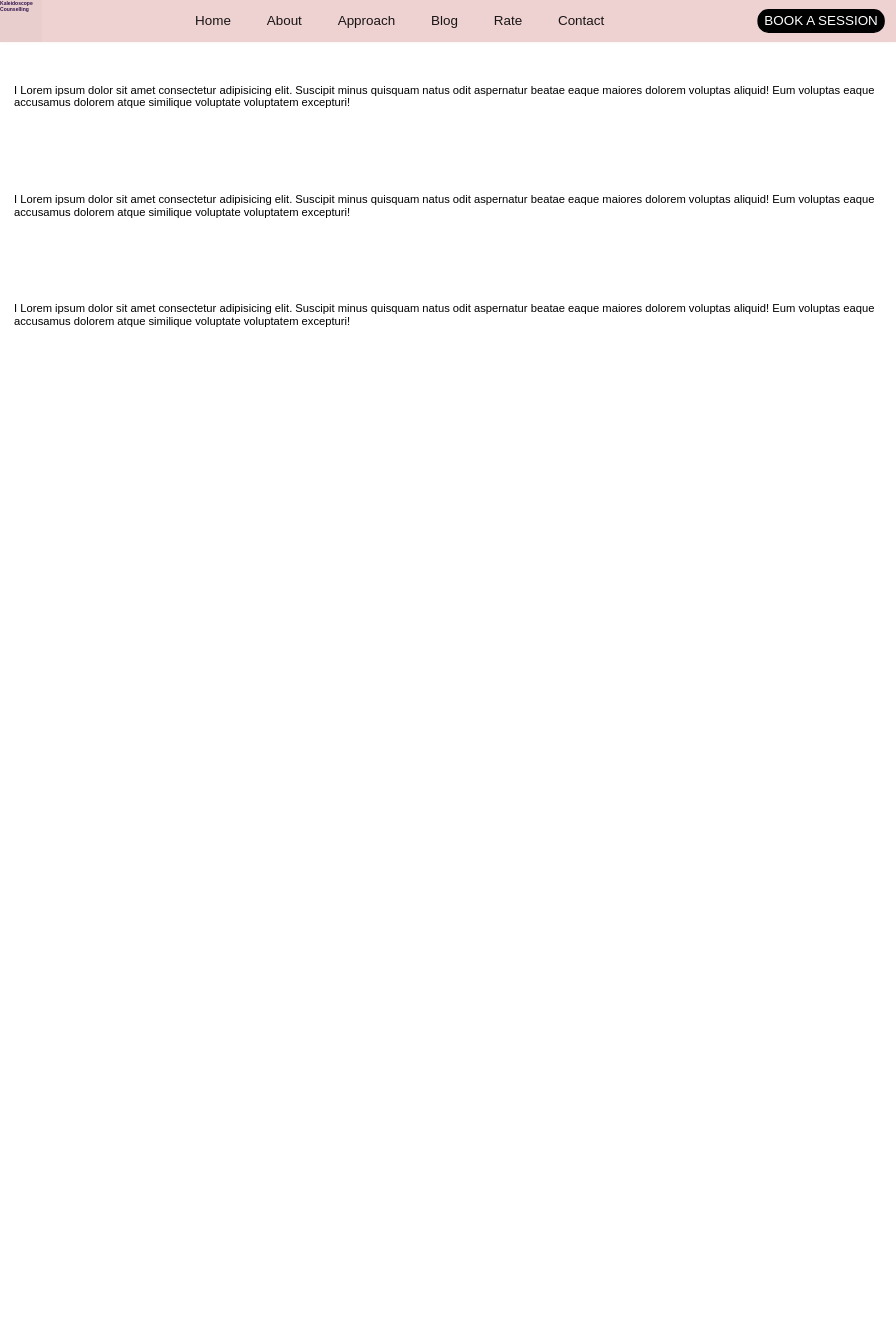
Repository: voutadi/ava-website
Page: index.html
An editor plug-in stored every save of this project. The page is shown before and after the next save, followed by the edit.
The browser window is 1280 px wide. The pictures show the part of the page from y = 0 to 1920 px (the page is 3120 px tall), at 70% of full size.

Above is the page before, as saved 2024-07-05 23:35:10.

After the next save:
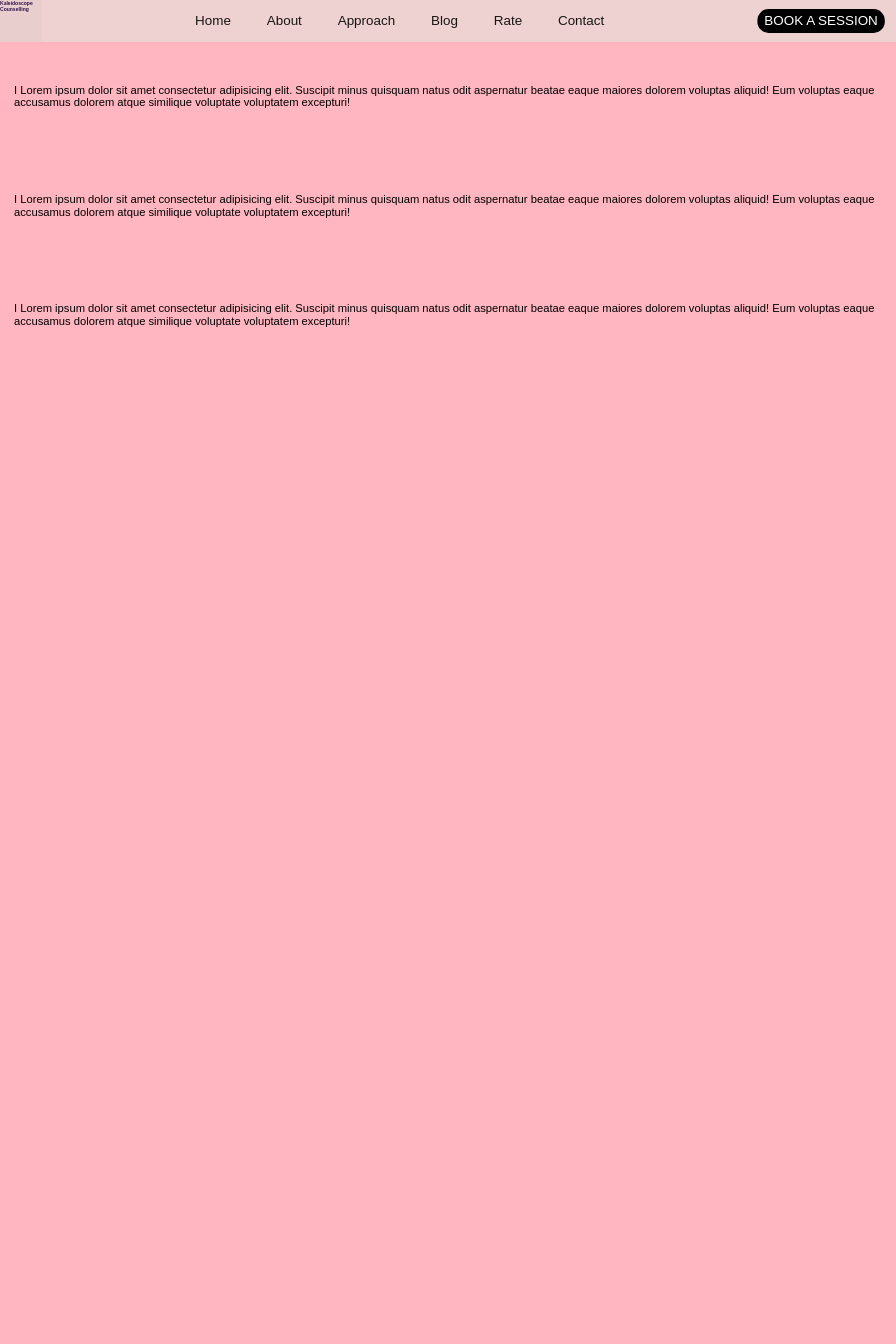
Saved 17 s later.
--- a/styles/style.css
+++ b/styles/style.css
@@ -4,7 +4,7 @@
   box-sizing: border-box;
 }
 body {
-  background-color: li;
+  background-color: lightpink;
 
   height: 3000px;
   font-family: Arial, Helvetica, sans-serif;
